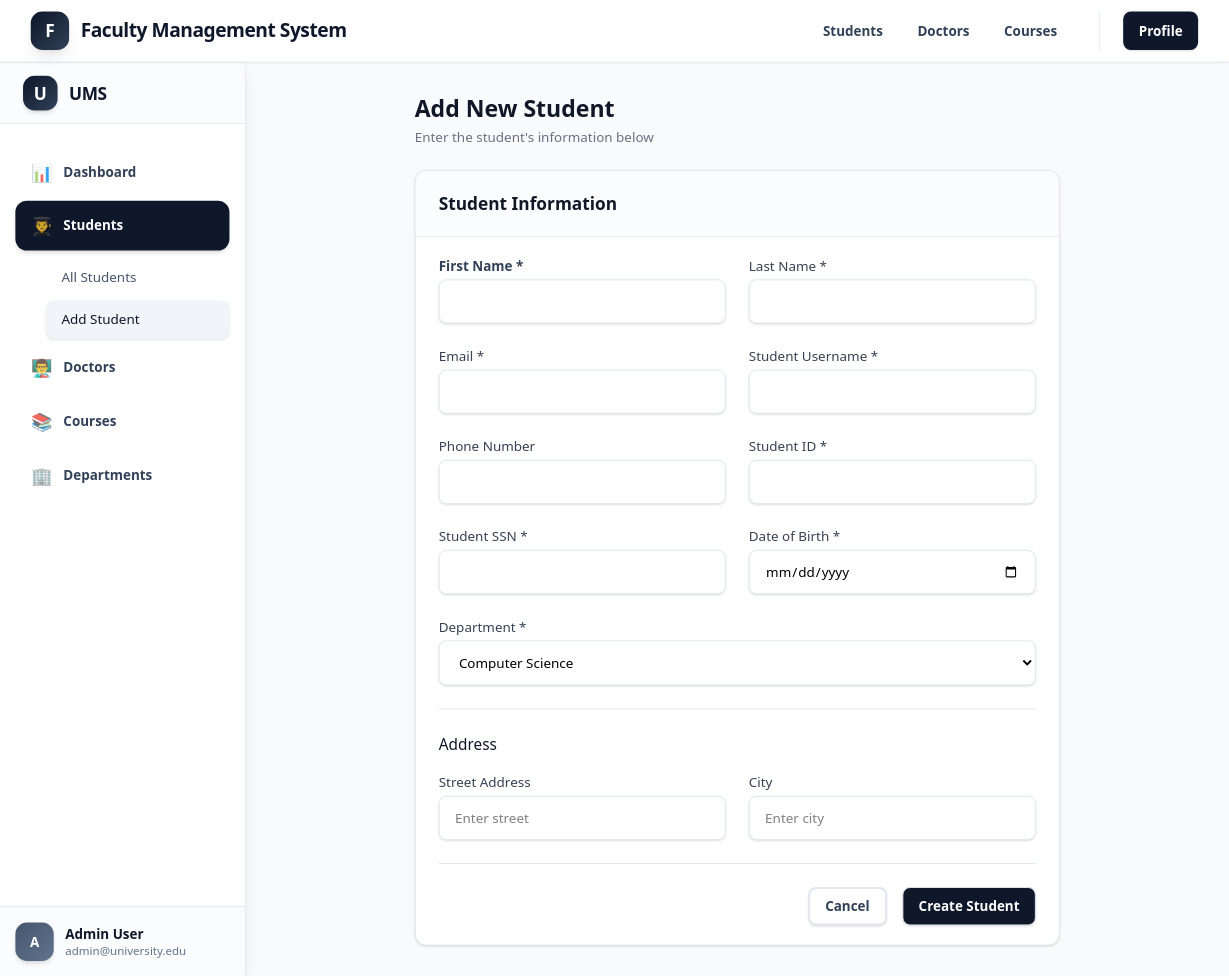
Repository: Mohamedmohsen179/Advanced-DB-Task
Page: /students/new (app in frontend/)
The author's editor kept a copy of each file at every save. The page is drawn from the files as they stood at one save, then again after the next save.
The browser window is 1280 px wide. The pictures show the whole page, at 96% of full size.
The project was rebuilt for these pictures with package versions that can differ from the ones it lists, and the page was loaded fresh each time. The framework's server and built-in components were replaced by stand-ins that run in the browser. Settings that the repository does not hold, such as keys and server addresses, were given made-up values. Also part of the build but not shown: frontend/next.config.ts.

Above is the page before, as saved 2025-11-28 19:44:58.

After the next save:
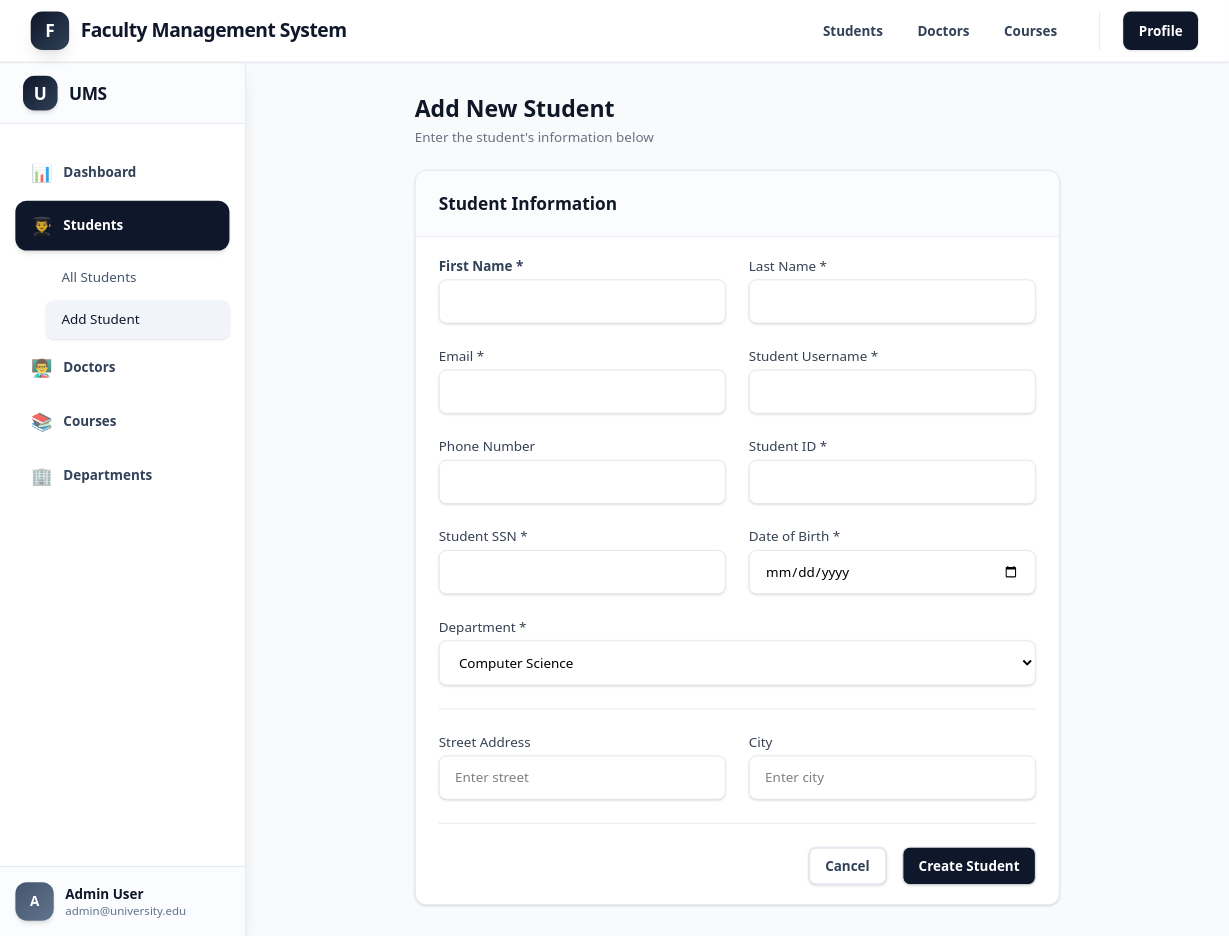
Saved 27 s later.
--- a/frontend/app/students/new/page.tsx
+++ b/frontend/app/students/new/page.tsx
@@ -249,7 +249,6 @@ export default function NewStudentPage() {
             </div>
 
             <div className="border-t border-gray-200 pt-6">
-              <h3 className="text-md font-medium text-gray-900 mb-4">Address</h3>
 
               <div className="grid grid-cols-1 md:grid-cols-2 gap-6">
                 {/* Street Address */}
